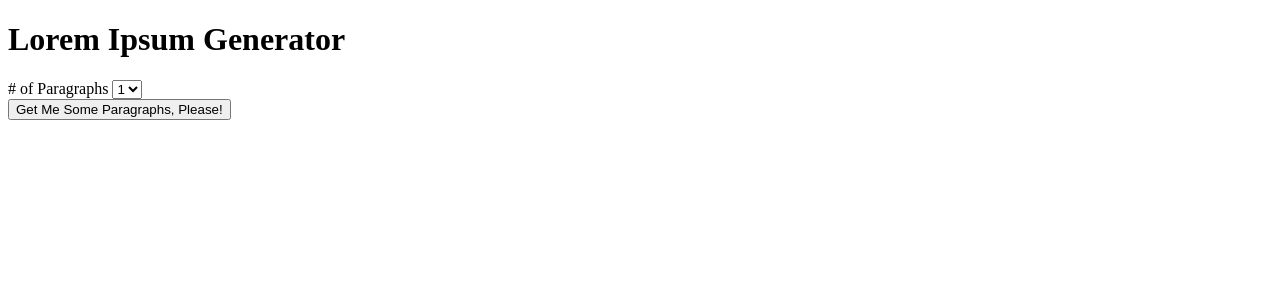
Repository: developergrace/cosw30
Page: labwork/lab4/generator_form.html
The author's editor kept a record of every edit. The page is drawn from the files as they stood at one moment, then again after the next edit.
The browser window is 1280 px wide. The pictures show the whole page.

Above is the page before.

After the next edit:
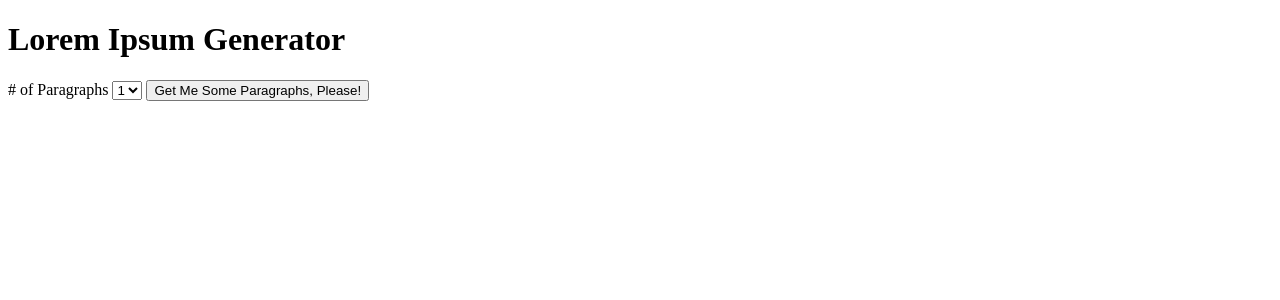
The edit:
--- a/labwork/lab4/generator_form.html
+++ b/labwork/lab4/generator_form.html
@@ -15,8 +15,9 @@
                 <option value="4">4</option>
                 <option value="5">5</option>
             </select>
+            <button>Get Me Some Paragraphs, Please!</button>
         </form>
-        <button>Get Me Some Paragraphs, Please!</button>
+
 
     </body>
 </html>
